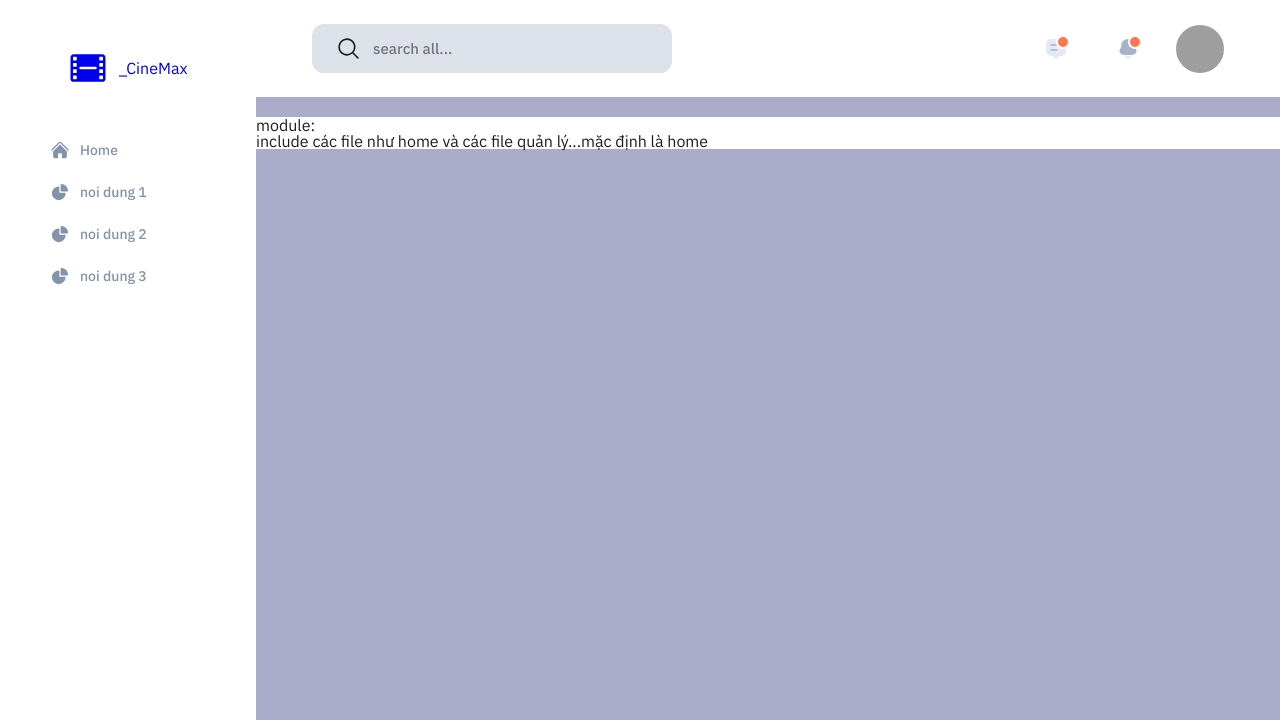
Repository: tdthinhtran961/DoAnCineMax
Page: http://localhost/admin/index.php
These files come from the project's save history. The page is drawn as it stood at one moment and after the next save; the edit follows.
The browser window is 1280 px wide. The pictures show the whole page.
Pictures or frames that could not be fetched are drawn as grey boxes. The page is run by PHP 8.4 with error messages shown; the project is at /var/www/html/.

Above is the page before, as saved 2023-05-25 23:52:10.

After the next save:
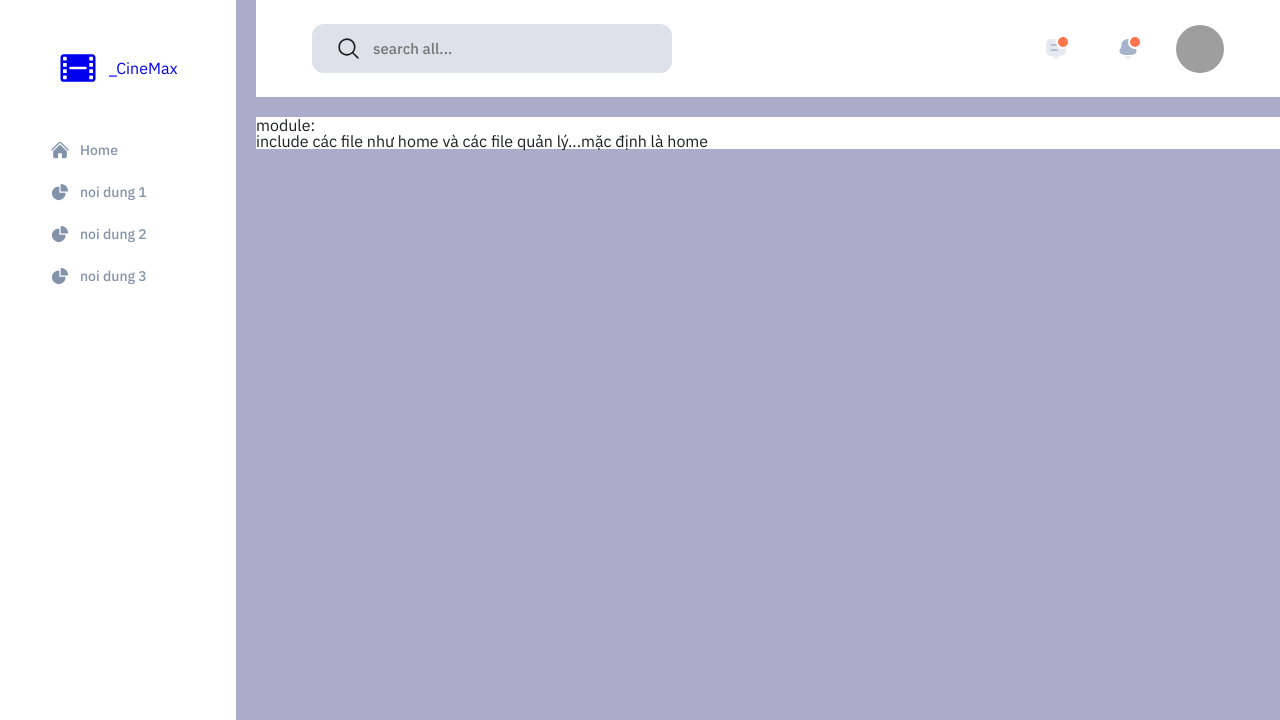
Saved 4 s later.
--- a/admin/index.css
+++ b/admin/index.css
@@ -61,7 +61,7 @@ body {
 .sidebar {
   background-color: white;
   padding: 48px 30px;
-  mr
+  margin-right: 20px;
 }
 .logo {
   display: flex;
